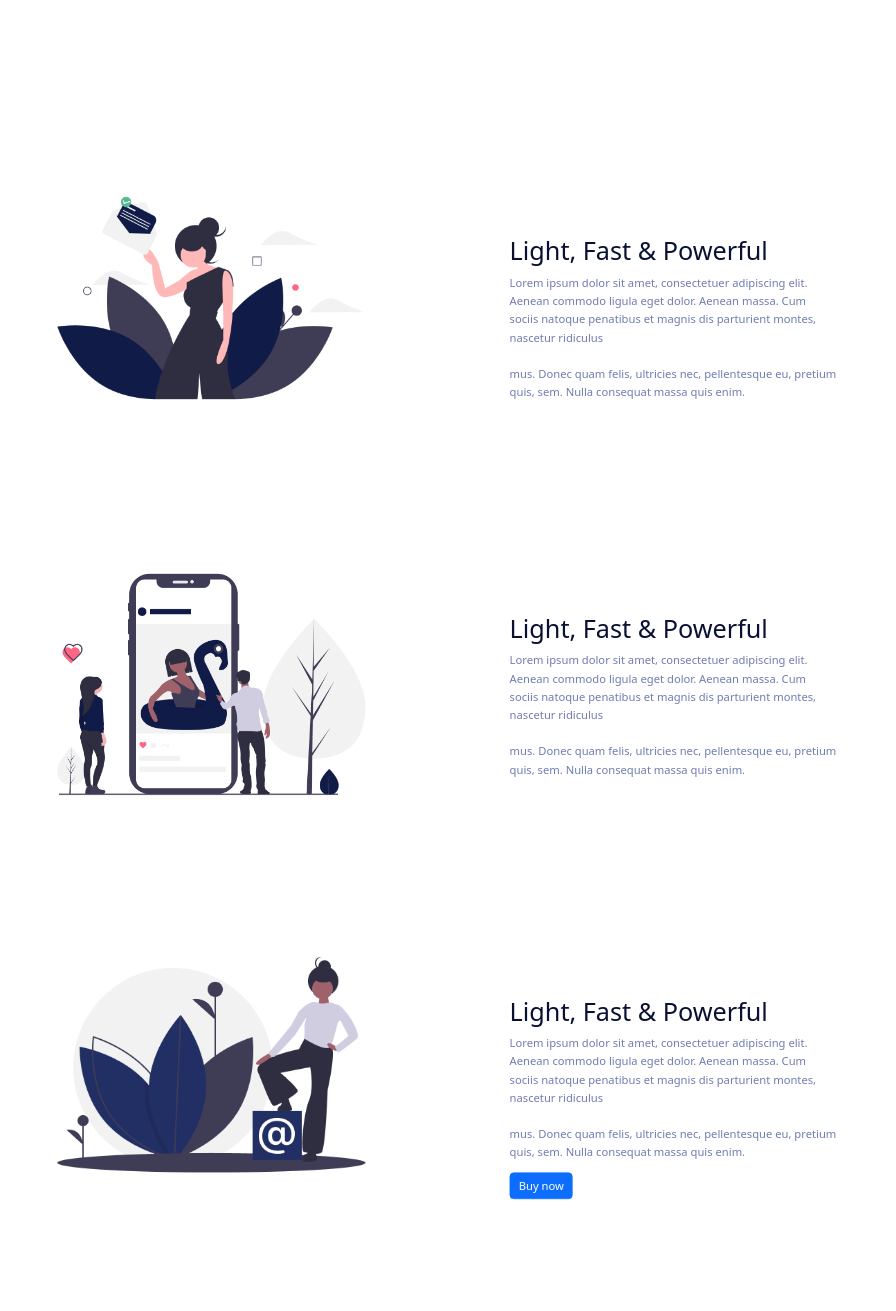
Repository: batonAnton/HW-Lec12-sass-pug
Page: index.html
The author's editor kept a copy of each file at every save. The page is drawn from the files as they stood at one save, then again after the next save.
The browser window is 1280 px wide. The pictures show the part of the page from y = 1930 to 3850 px (the page is 3803 px tall before and 3850 px after), at 70% of full size.
The style sheet was rebuilt from its Sass, Less or Tailwind sources for each picture, by a compiler version that may differ from the author's.

Above is the page before, as saved 2022-07-29 17:27:25.

### index.html
<!DOCTYPE html>
<html lang="en">
<head>
    <meta charset="UTF-8">
    <meta http-equiv="X-UA-Compatible" content="IE=edge">
    <meta name="viewport" content="width=device-width, initial-scale=1.0">
    <title>HW12 Saas</title>
    <link rel="preconnect" href="https://fonts.googleapis.com">
    <link rel="preconnect" href="https://fonts.gstatic.com" crossorigin>
    <link href="https://fonts.googleapis.com/css2?family=Roboto&display=swap" rel="stylesheet">
    <link href="https://cdn.jsdelivr.net/npm/bootstrap@5.2.0/dist/css/bootstrap.min.css" rel="stylesheet" integrity="sha384-gH2yIJqKdNHPEq0n4Mqa/HGKIhSkIHeL5AyhkYV8i59U5AR6csBvApHHNl/vI1Bx" crossorigin="anonymous">
    <link rel="stylesheet" href="css/style.css">
</head>
<body>
    <header>
        <div class="container">
            <div class="wrapper">
                <nav>
                    <div class="navigation">
                        <ul>
                            <li>
                                <a href="">home</a>
                            </li>
                            <li>
                                <a href="">about</a>
                            </li>
                            <li>
                                <a href="">contact</a>
                            </li>
                        </ul>
                        <div class="logo">
                            <h1>Landie</h1>
                        </div>
                        <div class="button">
                            <button type="button" class="btn btn-menu btn-primary">Buy now</button>
                        </div>
                    </div>
                </nav>

                <div class="leftBlock">
                    <h1>Introduce Your Product <br class="hideBR">
                        Quickly & Effectively
                    </h1>

                    <p>
                        Lorem ipsum dolor sit amet, consectetuer adipiscing elit. Aenean <br class="hideBR"> commodo ligula eget dolor. Aenean massa. Cum sociis natoque <br class="hideBR"> penatibus et magnis dis parturient montes, nascetur ridiculus <br class="hideBR">
                        <br> <br>
                        mus. Donec quam felis, ultricies nec, pellentesque eu, pretium quis, <br class="hideBR"> sem. Nulla consequat massa quis enim.
                    </p>

                    <div class="btn-header">
                        <button type="button" class="btn btn-menu btn-primary">Purchase UI Kit</button>
                        <button type="button" class="btn btn-menu btn-primary">Learn More</button>
                    </div>
                </div>
            </div>
        </div>
    </header>

    <section>
        <div class="container">
            <h1>Light, Fast & Powerful</h1>
            <p>
                Lorem ipsum dolor sit amet, consectetuer adipiscing elit. Aenean commodo <br class="hideBr"> ligula eget dolor. Aenean massa. Cum sociis natoque penatibus et magnis <br class="hideBr"> dis parturient montes, nascetur ridiculus
                <br> <br>
                mus. Donec quam felis, ultricies nec, pellentesque eu, pretium quis, sem. <br class="hideBr"> Nulla consequat massa quis enim.
            </p>

            <div class="smallInfo">
                <div class="block">
                    <img src="./image/section1/Combined Shape.jpg" alt="img">
                    <h2>Title Goes Here</h2>
                    <p>Lorem ipsum dolor sit amet, consectetuer <br class="hideBr"> adipiscing elit. Aenean commodo ligula eget <br class="hideBr">  dolor. </p>
                </div>

                <div class="block">
                    <img src="./image/section1/Combined Shape.jpg" alt="img">
                    <h2>Title Goes Here</h2>
                    <p>Lorem ipsum dolor sit amet, consectetuer <br class="hideBr"> adipiscing elit. Aenean commodo ligula eget <br class="hideBr">  dolor. </p>
                </div>
            </div>
        </div>
    </section>

    <aside>
        <div class="container">
            <div class="rowAside">
                <div class="img-left">
                    <img src="./image/aside/img1.png" alt="img" >
                </div>
                <div class="rightInfo">
                    <h1>Light, Fast & Powerful</h1>
                    <p>
                        Lorem ipsum dolor sit amet, consectetuer adipiscing elit. <br class="hideBr"> Aenean commodo ligula eget dolor. Aenean massa. Cum <br class="hideBr"> sociis natoque penatibus et magnis dis parturient montes, <br class="hideBr"> nascetur ridiculus
                        <br> <br>
                        mus. Donec quam felis, ultricies nec, pellentesque eu, pretium <br class="hideBr"> quis, sem. Nulla consequat massa quis enim.
                    </p>
                </div>
            </div>

            <div class="rowAside middle">
                <div class="img-left">
                    <img src="./image/aside/img2.png" alt="img" >
                </div>
                <div class="rightInfo">
                    <h1>Light, Fast & Powerful</h1>
                    <p>
                        Lorem ipsum dolor sit amet, consectetuer adipiscing elit. <br class="hideBr"> Aenean commodo ligula eget dolor. Aenean massa. Cum <br class="hideBr"> sociis natoque penatibus et magnis dis parturient montes, <br class="hideBr"> nascetur ridiculus
                        <br> <br>
                        mus. Donec quam felis, ultricies nec, pellentesque eu, pretium <br class="hideBr"> quis, sem. Nulla consequat massa quis enim.
                    </p>
                </div>
            </div>

            <div class="rowAside">
                <div class="img-left">
                    <img src="./image/aside/img3.png" alt="img" >
                </div>
                <div class="rightInfo lastOne">
                    <h1>Light, Fast & Powerful</h1>
                    <p>
                        Lorem ipsum dolor sit amet, consectetuer adipiscing elit. <br class="hideBr"> Aenean commodo ligula eget dolor. Aenean massa. Cum <br class="hideBr"> sociis natoque penatibus et magnis dis parturient montes, <br class="hideBr"> nascetur ridiculus
                        <br> <br>
                        mus. Donec quam felis, ultricies nec, pellentesque eu, pretium <br class="hideBr"> quis, sem. Nulla consequat massa quis enim.
                    </p>

                    <button type="button" class="btn btn-menu btn-primary">Buy now</button>
                </div>
            </div>
        </div>
    </aside>
</body>
</html>

### css/style.scss
$primary-color: #091133;
$primaryFontStyle: Roboto;

@mixin generalStyleMenu(
  $sizeMenu: 14px,
  $lineHeight: 24px,
  $font-color: #505f98
) {
  font-size: $sizeMenu;
  line-height: $lineHeight;
  color: $font-color;
}

body {
  box-sizing: border-box;
}

header {
  width: 100%;
  height: 1160px;
  background-image: url(../image/header/header-bg.png);
  background-position: 100% -20%;
  background-repeat: no-repeat;

  .navigation {
    display: flex;
    justify-content: space-between;
    padding-top: 18px;
    align-items: center;

    ul {
      display: inline-flex;
      li {
        margin-right: 60px;
        list-style: none;
        a {
          text-decoration: none;
          text-transform: capitalize;
          @include generalStyleMenu;
        }
      }
    }
    .logo {
      display: flex;
      justify-content: center;
      margin-left: -235px;
      h1 {
        font-family: $primaryFontStyle;
        font-style: normal;
        font-weight: 900;
        font-size: 26px;
        line-height: 38px;
        color: #37447e;
      }
    }
     .btn-primary{
      font-family: 'Roboto';
      font-style: normal;
      font-weight: 500;
      font-size: 12px;
      line-height: 18px;
      text-transform: capitalize;
      color: #091133;
        background: #E7ECFF;
      border-radius: 2px;
      width: 160px;
      height: 30px;
      border: 1px solid #091133;

    }
    button:hover{
        background-color: #111B47;
        color: #FFFFFF;
        transition: 1s;
    }
  }
//   left-block header
  .leftBlock{
      margin-top: 190px;
      margin-left: 35px;
      h1{
        font-weight: 500;
        font-size: 50px;
        line-height: 66px;
        letter-spacing: 1px;
        color: #091133;
        margin-bottom: 20px;
      }
      p{
        font-style: normal;
        font-weight: 400;
        font-size: 18px;
        line-height: 30px;
        color: #505F98;
        margin-bottom: 69px;
      }

      .btn-primary{
        width: 189px;
        height: 40px;
        border: 2px solid #091133;
        border-radius: 2px;
        font-style: normal;
        font-weight: 500;
        font-size: 16px;
        line-height: 26px;
        color: #091133;
        background: #E7ECFF;
        margin-right: 30px;
      }
      button:hover{
          background-color: #111B47;
          color: #FFFFFF;
          transition: 1s;
      }
  }
}
// section

section{
    margin-top: 80px ;
    height: 740px;
    margin-left: 45px;
    margin-bottom: 230px;
    background-image: url(../image/section1/section-bg.png);
    background-position: 85% -5%;
    background-repeat: no-repeat;
    h1{
        // font-family: 'Roboto';
        font-style: normal;
        font-weight: 500;
        font-size: 36px;
        line-height: 48px;
        color: #091133;
        margin-bottom: 20px;
    }
    p{
        font-style: normal;
        font-weight: 400;
        font-size: 16px;
        line-height: 26px;
        color: #6F7CB2;
    }
    .smallInfo{
        margin-top: 90px;
        display: inline-flex;
        h2{
            font-style: normal;
            font-weight: 500;
            font-size: 16px;
            line-height: 26px;
            color: #091133;
            margin: 16px 0px 6px 0px;
        }
        p{
            font-weight: 400;
            font-size: 12px;
            line-height: 18px;
            color: #5D6970;
        }
        .block{
            margin-right: 30px;

        }
    }
}

aside{
    margin-left: 45px;
    margin-right: 45px;
    margin-bottom: 160px;
    .rowAside{
        display: inline-flex;
        .img-left{
            margin-right:206px;
            img{
                width: 440px;
            }
        }
    }
    .middle{
        margin: 230px 0;
    }

    .rightInfo{
        margin-top: 55px;

        h1{
            font-weight: 500;
            font-size: 36px;
            line-height: 48px;
            color: #091133;
        }

        p{
            font-weight: 400;
            font-size: 16px;
            line-height: 26px;
            color: #6F7CB2;
        }
         .lastOne{
            margin-top: 0;
        }
    }
}

After the next save:
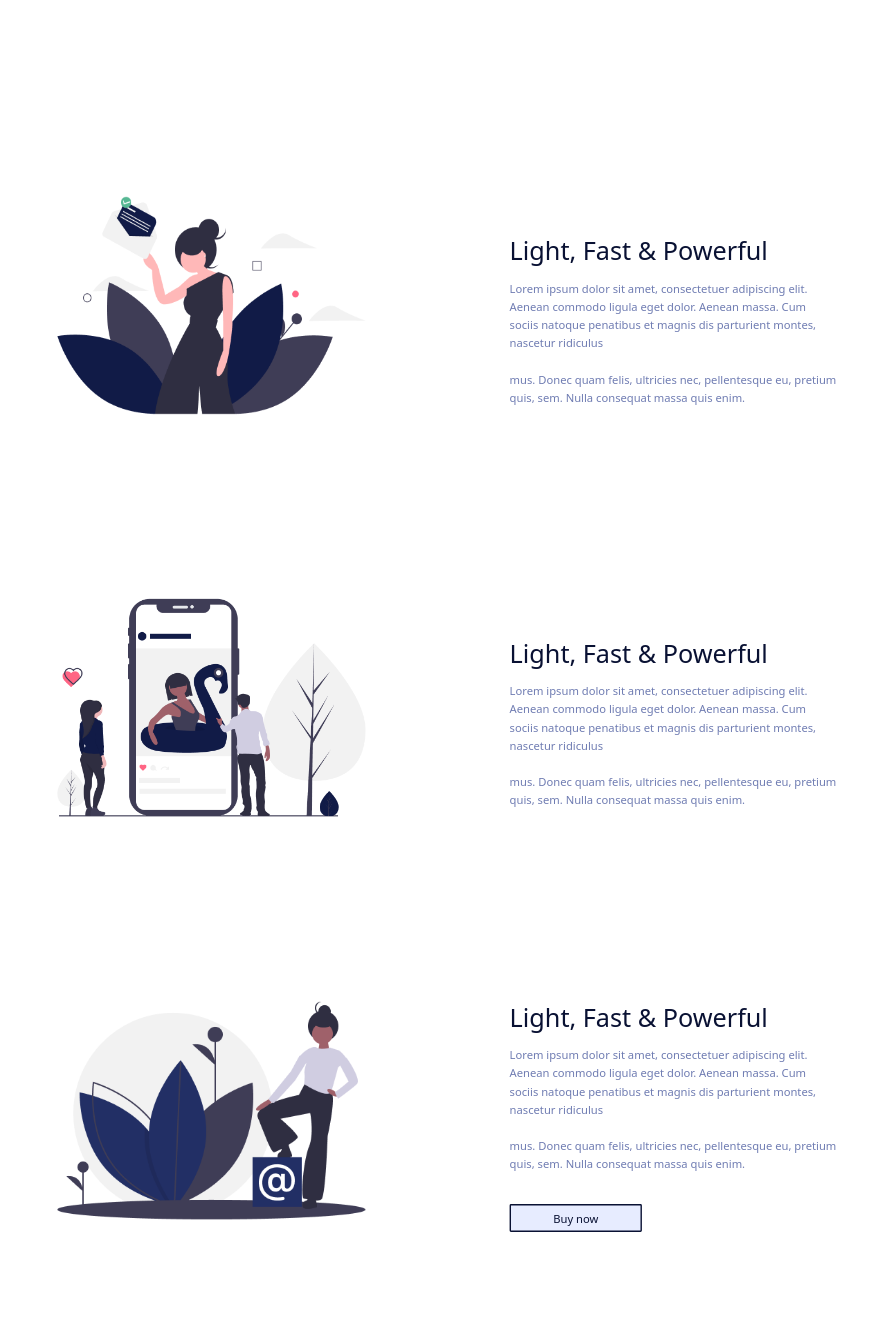
Saved 3 min 1 s later.
--- a/css/style.scss
+++ b/css/style.scss
@@ -175,6 +175,7 @@ aside{
             margin-right:206px;
             img{
                 width: 440px;
+                height: 312px;
             }
         }
     }
@@ -197,9 +198,30 @@ aside{
             font-size: 16px;
             line-height: 26px;
             color: #6F7CB2;
-        }
-         .lastOne{
-            margin-top: 0;
-        }
-    }
-}
+            margin-top: 16px;
+            margin-bottom: 44px;
+        }
+
+    }
+    .lastOne{
+        margin-top: 0;
+    }
+    .btn-primary{
+        width: 189px;
+        height: 40px;
+        border: 2px solid #091133;
+        border-radius: 2px;
+        font-style: normal;
+        font-weight: 500;
+        font-size: 16px;
+        line-height: 26px;
+        color: #091133;
+        background: #E7ECFF;
+        margin-right: 30px;
+      }
+      .btn-primary:hover{
+        background: #111B47;
+          color: #FFFFFF;
+          transition: 1s;
+      }
+}
